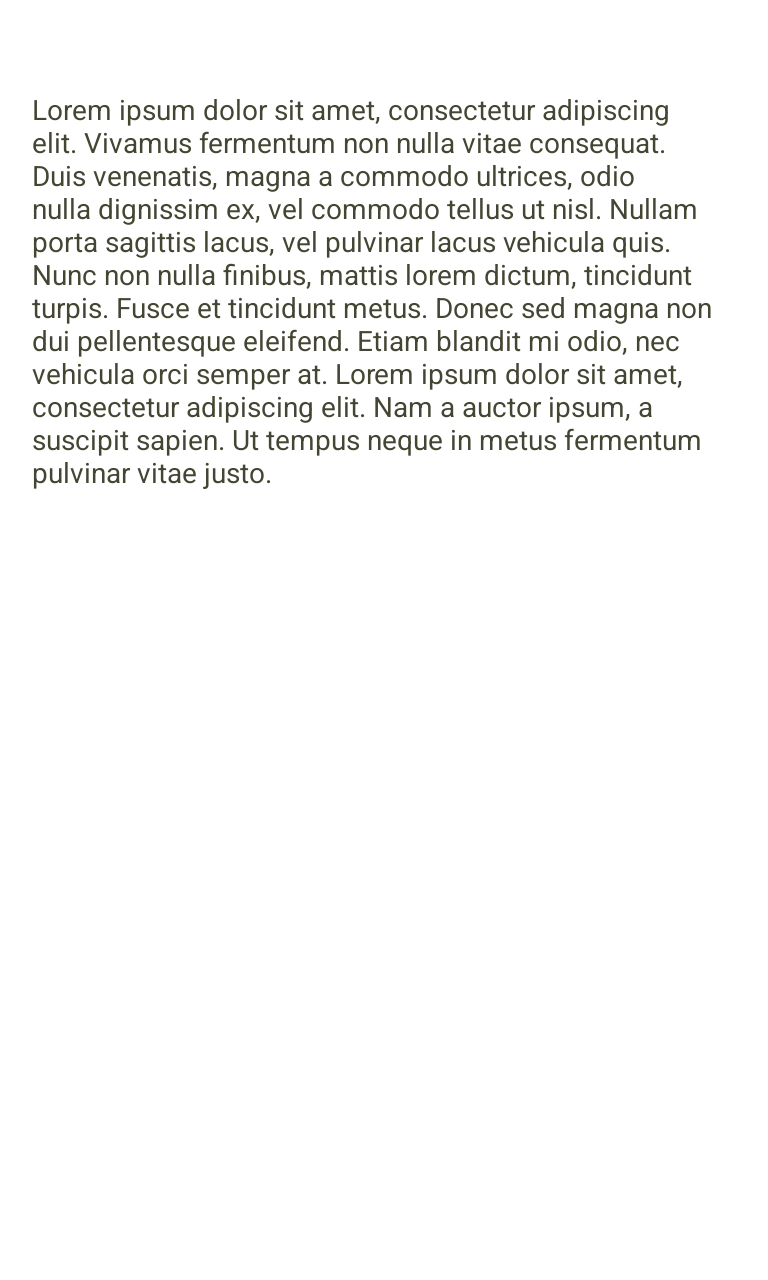
Repository: sam-stewart/in721
Layout: ActivitiesIntentsRequesting/res/layout/activity_data_requesting_settings.xml
An editor plug-in stored every save of this project. The layout is shown before and after the next save, followed by the edit.
It is drawn on a 768 x 1280 px phone screen (xhdpi) without system bars, with theme AppTheme; the app's code is not run.

Above is the layout before, as saved 2015-03-07 03:34:17.

After the next save:
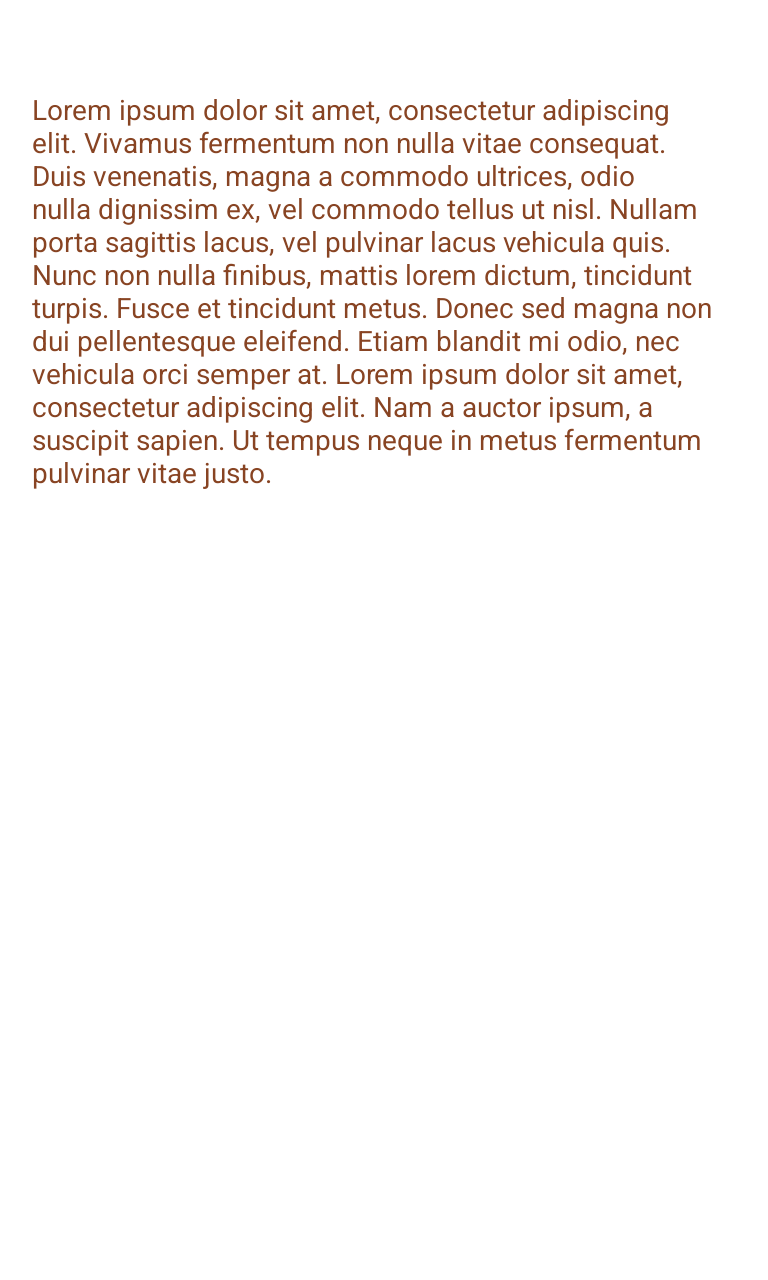
Saved 19 s later.
--- a/ActivitiesIntentsRequesting/res/layout/activity_data_requesting_settings.xml
+++ b/ActivitiesIntentsRequesting/res/layout/activity_data_requesting_settings.xml
@@ -14,6 +14,6 @@
         android:layout_height="wrap_content"
         android:layout_marginTop="29dp"
         android:text="@string/lorem_ipsum"
-        android:textColor="#454534" />
+        android:textColor="#884423" />
 
 </RelativeLayout>
